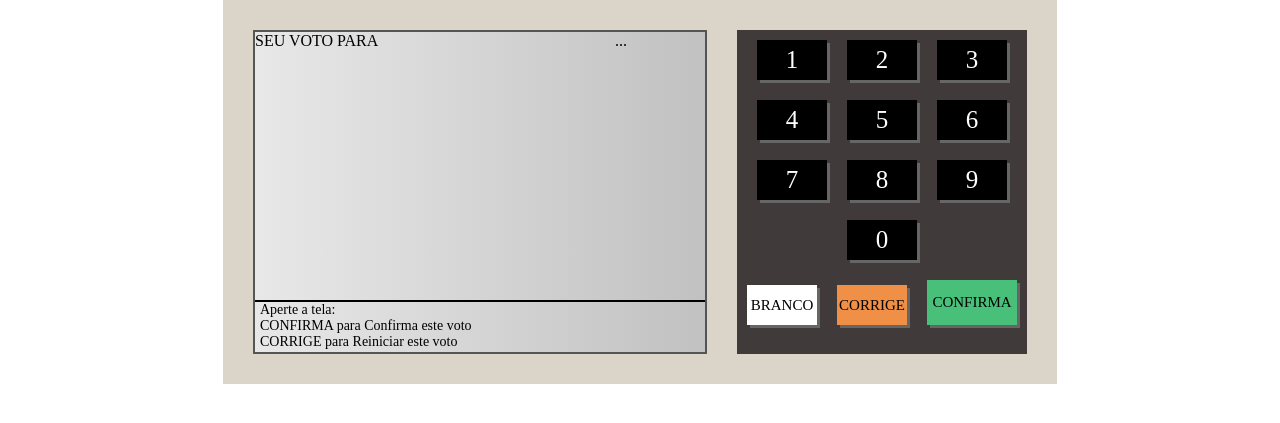
Repository: ThiagoIturra/urnaJs
Page: index.html
The author's editor kept a copy of each file at every save. The page is drawn from the files as they stood at one save, then again after the next save.
The browser window is 1280 px wide. The pictures show the whole page.

Above is the page before, as saved 2022-01-05 16:37:05.

### index.html
<!DOCTYPE html>
<html lang="pt-BR">
<header>
    <meta charset="UTF-8" />
    <meta name="viewport" content="width=device-width, initial-scale=1.0">
    <link rel="stylesheet" href="style.css">
    <title>Urna Eletrônica</title>
</header>
<body>
    <div class="urna">
        <div class="screen">
            <div class="division">
                <div class="division-left">
                    <div class="d1">
                        <span>SEU VOTO PARA</span>
                    </div>
                </div>
                <div class="division-right">
                    ...
                </div>
            </div>
            <div class="division-2">
                Aperte a tela:<br/>
                CONFIRMA para Confirma este voto<br/>
                CORRIGE para Reiniciar este voto
            </div>
        </div>
        <div class="keyboard">
            <div class="keyboard--line">
                <div class="keyboard--button">1</div>
                <div class="keyboard--button">2</div>
                <div class="keyboard--button">3</div>
            </div>
            <div class="keyboard--line">
                <div class="keyboard--button">4</div>
                <div class="keyboard--button">5</div>
                <div class="keyboard--button">6</div>
            </div>
            <div class="keyboard--line">
                <div class="keyboard--button">7</div>
                <div class="keyboard--button">8</div>
                <div class="keyboard--button">9</div>
            </div>
            <div class="keyboard--line">
                <div class="keyboard--button">0</div>
            </div>
            <div class="keyboard--line">
                <div class="keyboard--button button--branco">BRANCO</div>
                <div class="keyboard--button button--corrige">CORRIGE</div>
                <div class="keyboard--button button--confirma">CONFIRMA</div>
            </div>
        </div>
    </div>
</body>
</html>

### style.css
body {
    margin: 0;
    display: flex;
    justify-content: center;
    align-items: center;
}

.urna {
    background-color: #dbd5c9;
    padding: 30px;
    display: flex;
}

.screen {
    width: 450px;
    height: 320px;
    background: linear-gradient(to right, #e8e8e8, #c1c1c1);
    border: 2px solid #555;
    display: flex;
    flex-direction: column;
}

.keyboard {
    background-color: #403A3A;
    margin-left: 30px;
}

.keyboard--line {
    display: flex;
    justify-content: center;
    align-items: flex-end;
}

.keyboard--button {
    width: 70px;
    height: 40px;
    background-color: #000;
    color: #fff;
    font-size: 25px;
    display: flex;
    justify-content: center;
    align-items: center;
    margin: 10px;
    cursor: pointer;
    box-shadow: 3px 3px 0px #666;
}

.button--branco {
    background-color: #fff;
    color: #000;
    font-size: 15px;
    cursor: pointer;
}

.button--corrige {
    background-color: #f09046;
    color: #000;
    font-size: 15px;
    cursor: pointer;
}

.button--confirma {
    background-color: #48c079;
    color: #000;
    font-size: 15px;
    cursor: pointer;
    width: 90px;
    height: 45px;
}

.division {
    display: flex;
    flex: 1;

}

.division-left{
    flex: 1;
}

.division-right {
    width: 90px;
}

.division-2 {
    height: 50px;
    font-size: 14px;
    border-top: 2px solid #000;
    padding-left: 5px;
}

After the next save:
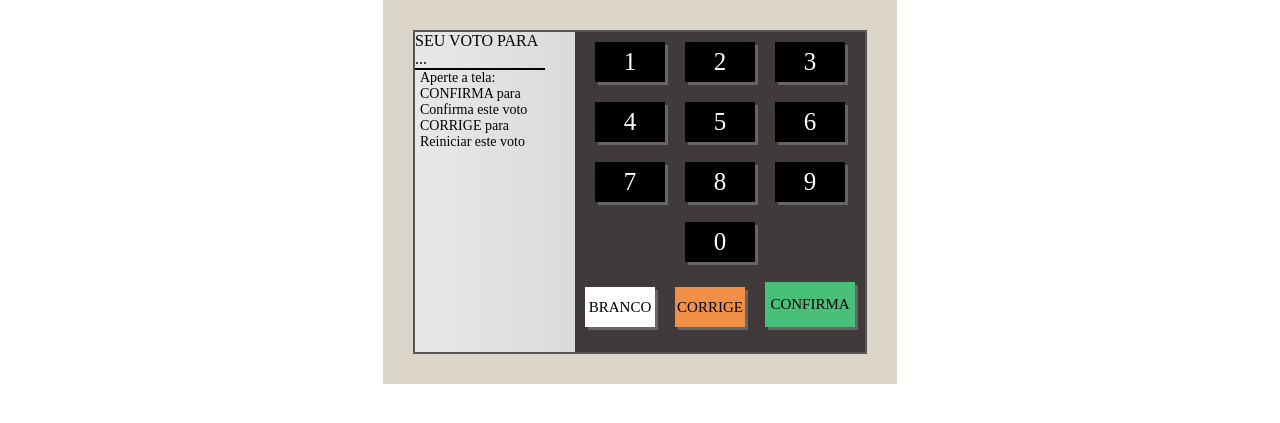
Saved 36 s later.
--- a/index.html
+++ b/index.html
@@ -14,6 +14,7 @@
                     <div class="d1">
                         <span>SEU VOTO PARA</span>
                     </div>
+                    <div class="d1-2"
                 </div>
                 <div class="division-right">
                     ...

After the save that followed:
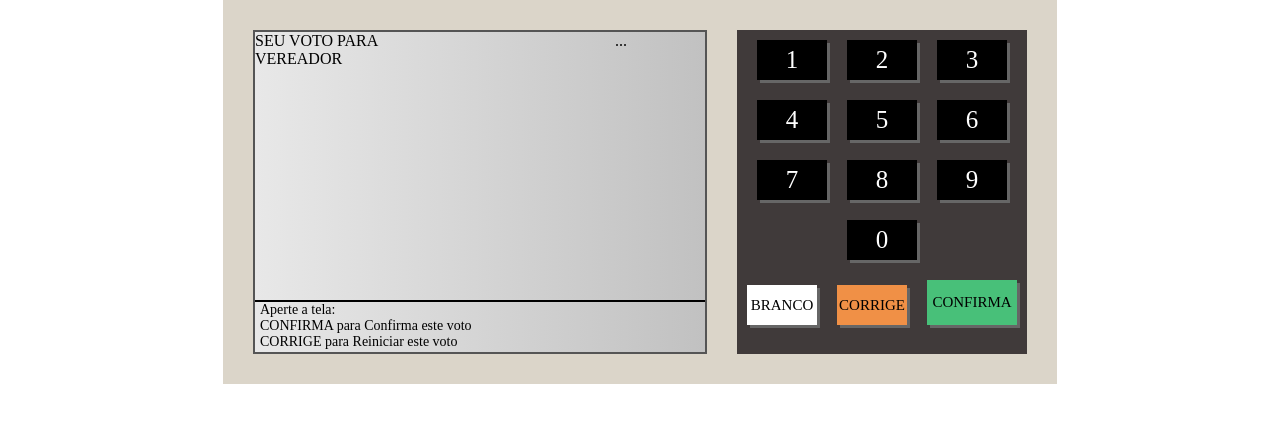
Saved 16 s later.
--- a/index.html
+++ b/index.html
@@ -14,7 +14,9 @@
                     <div class="d1">
                         <span>SEU VOTO PARA</span>
                     </div>
-                    <div class="d1-2"
+                    <div class="d1-2">
+                        <span>VEREADOR</span>
+                    </div>
                 </div>
                 <div class="division-right">
                     ...
